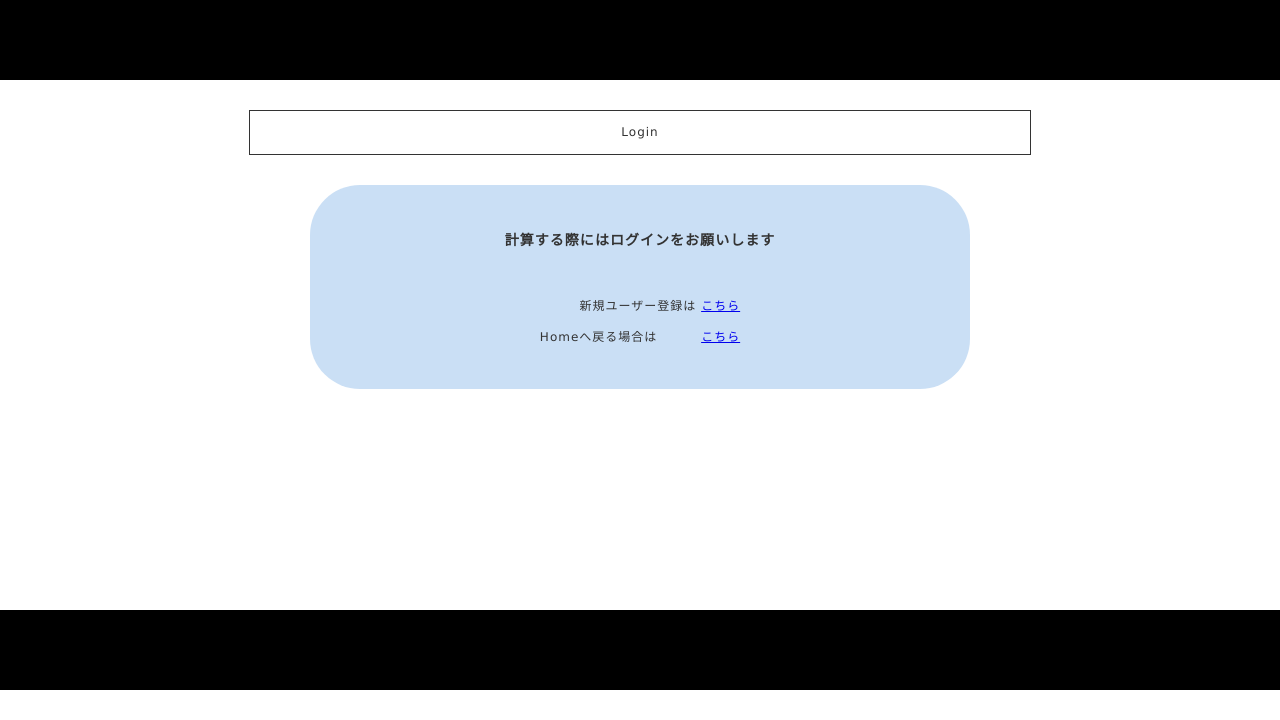
Repository: HattoriKotaro19920408/Keisanchan
Page: http://localhost/Keisanchan/HomeAction.action
These files come from the project's save history. The page is drawn as it stood at one moment and after the next save; the edit follows.
The browser window is 1280 px wide. The pictures show the whole page.
The page is served by Tomcat 9. Other server files are loaded and not shown.

Above is the page before, as saved 2018-08-29 04:11:03.

### Keisanchan/WebContent/login.jsp
<%@ page language="java" contentType="text/html; charset=UTF-8"
    pageEncoding="UTF-8"%>
<%@ taglib prefix="s" uri="/struts-tags" %>
<!DOCTYPE html PUBLIC "-//W3C//DTD HTML 4.01 Transitional//EN" "http://www.w3.org/TR/html4/loose.dtd">
<html>
<head>
<meta http-equiv="Content-Type" content="text/html; charset=utf-8" />
<meta http-equiv="Content-Style-Type" content="text/css" />
<meta http-equiv="Content-Script-Type" content="text/javascript" />
<meta http-equiv="imagetoolbar" content="no" />
<meta name="description" content="" />
<meta name="keywords" content="" />
<title>Login画面</title>
<style type="text/css">
    body{
      margin:0;
      padding:0;
      line-height:1.6;
      letter-spacing:1px;
      font-family:Verdana, Helvetica, sans-serif;
      font-size:12px;
      color:#333;
      background:#fff;
    }
    table{
      text-align:center;
      margin:0 auto;
    }
    #top{
      width:780px;
      margin:30px auto;
      border:1px solid #333;
    }
    #header{
      width:100%;
      height:80px;
      background-color:black;
    }
    #main{
      width:100%;
      height:500px;
      text-align:center;

    }
    #footer{
      width:100%;
      height:80px;
      background-color:black;
      clear:both;
    }
    #text-link{
      display:inline-block;
      text-align:right;
    }
    img.pic{
    }
    .sub{
    font-family=たぬき油性マジック;
      width: 600px;
	height: auto;
	margin:0 auto;
	padding: 30px;

	background-color: skyblue;
	border-radius: 50px;
	background: rgba(149, 192, 236, 0.5);
	text-align:center;
    }
    h3{
     font-family:油性たぬきマジック;
    }
</style>
</head>
<body>

   <div id="header">
       <div id="pr">
       </div>
   </div>
   <div id = "main">
       <div id="top">
          <p>Login</p>
       </div>
       <div class="sub">
        <h3>計算する際にはログインをお願いします</h3>
<%--           <s:form action="LoginAction"> --%>
<%--              <s:label value="ログインID:" /> <s:textfield name="loginUserId"/> --%>
<%--               <s:password name="loginPassword"/> --%>
<%--               <s:submit value="ログイン"/> --%>
<%--        </s:form> --%>
<!--          <div class="keisan"> -->
<!-- 		              <img src=img/keisan.PNG class="pic"> -->
<!-- 	     </div> -->
       <br/>
       <div id="text-link">
          <p>新規ユーザー登録は
              <a href='<s:url action="CreateUserAction"/>'>こちら</a></p>
          <p>Homeへ戻る場合は
        　　　<a href='<s:url action="GoHomeAction"/>'>こちら</a></p>
       </div>
       </div>
   </div>
   <div id="footer">
       <div id="pr">
       </div>
   </div>




</body>
</html>

After the next save:
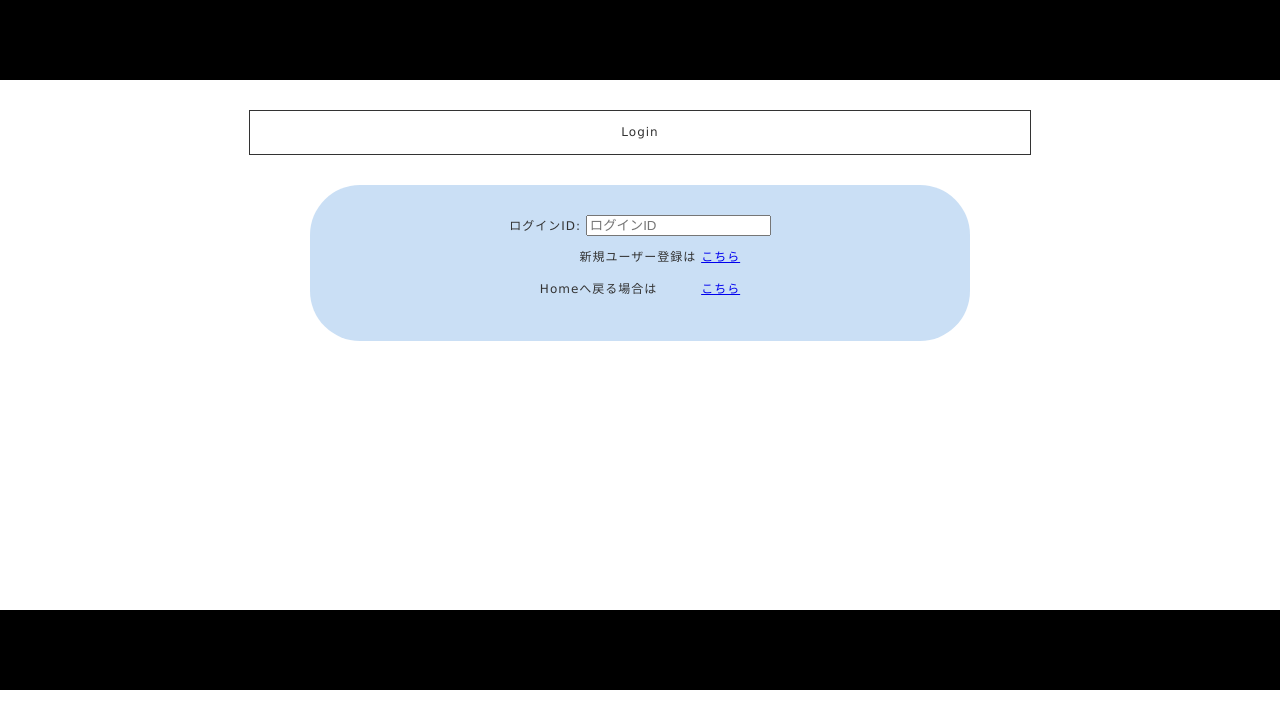
Saved 32 s later.
--- a/Keisanchan/WebContent/login.jsp
+++ b/Keisanchan/WebContent/login.jsp
@@ -82,7 +82,21 @@
           <p>Login</p>
        </div>
        <div class="sub">
-        <h3>計算する際にはログインをお願いします</h3>
+
+<tr>
+						<th scope="row"><s:label value="ログインID:" /></th>
+						<s:if test="#session.savedLoginId==true">
+							<td><s:textfield name="loginId" class="txt"
+									placeholder="ログインID" value='%{#session.saveId}'
+									autocomplete="off" /></td>
+						</s:if>
+						<s:else>
+							<td><s:textfield name="loginId" class="txt"
+									value="" placeholder="ログインID" autocomplete="off" /></td>
+						</s:else>
+</tr>
+
+
 <%--           <s:form action="LoginAction"> --%>
 <%--              <s:label value="ログインID:" /> <s:textfield name="loginUserId"/> --%>
 <%--               <s:password name="loginPassword"/> --%>
